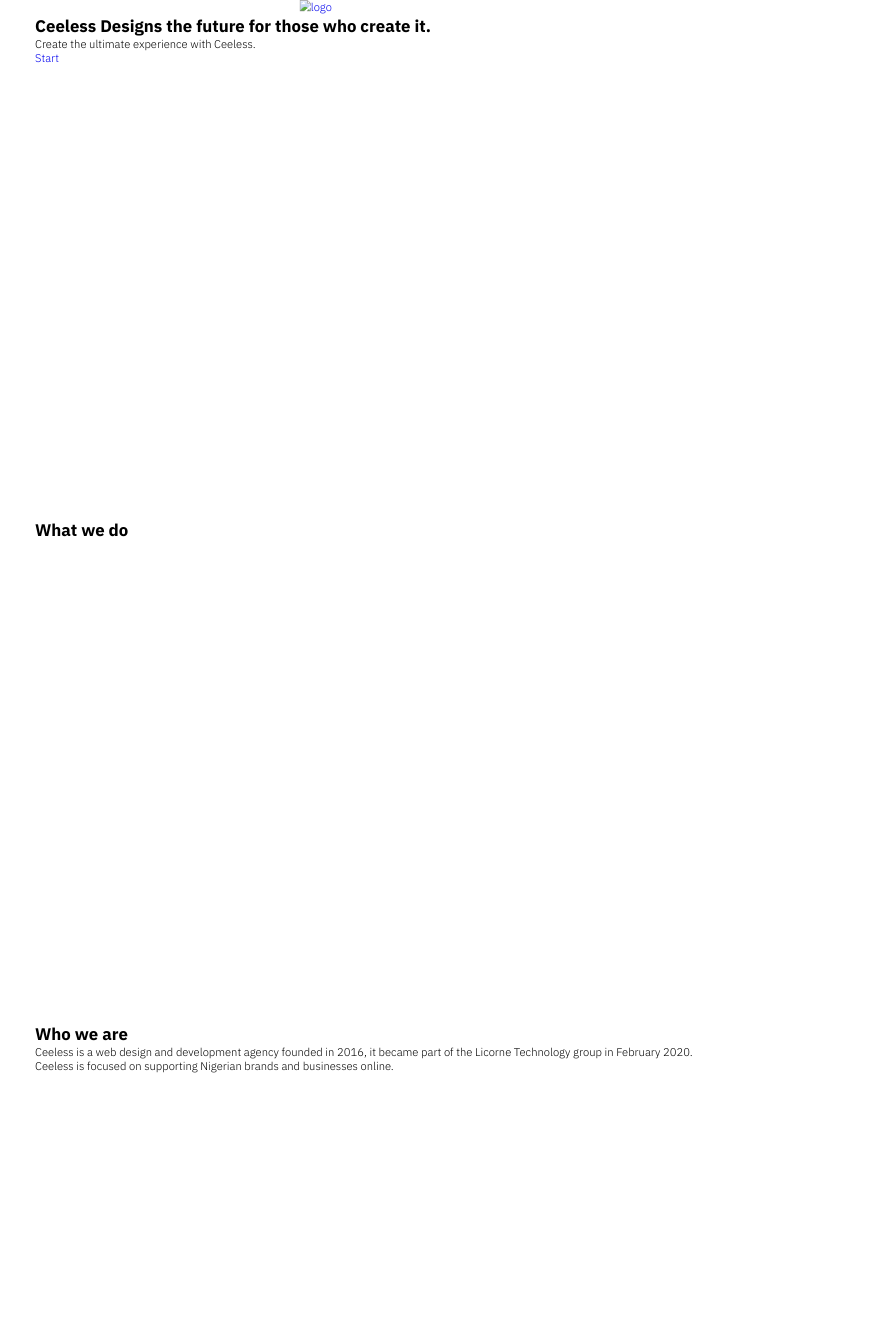
Repository: Licorne-Technologies/Ceeless-v2
Page: index.html
The author's editor kept a copy of each file at every save. The page is drawn from the files as they stood at one save, then again after the next save.
The browser window is 1280 px wide. The pictures show the part of the page from y = 0 to 1920 px (the page is 2927 px tall before and 2934 px after), at 70% of full size.
The style sheet was rebuilt from its Sass, Less or Tailwind sources for each picture, by a compiler version that may differ from the author's.

Above is the page before, as saved 2020-06-15 11:54:38.

After the next save:
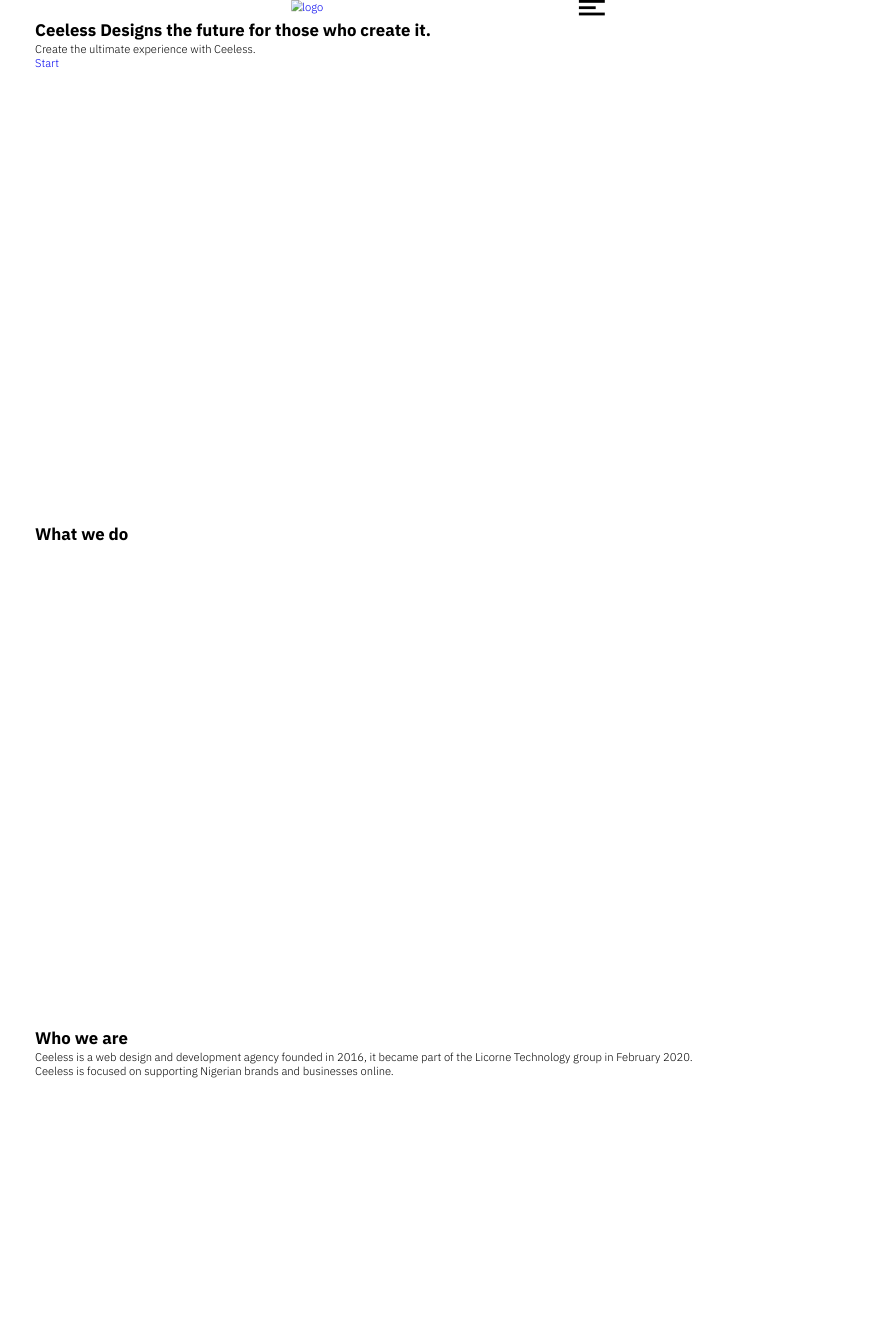
Saved 3 min 10 s later.
--- a/css/navbar.scss
+++ b/css/navbar.scss
@@ -8,24 +8,24 @@
 .menuIcon {
     display: flex;
     flex-direction: column;
-        .long-bar-one, .long-bar-three, .short-bar-two{
+        .long-bar,.short-bar{
             border: 2px solid $dark;
             margin-bottom: 5px;
         }
-        .long-bar-one, .long-bar-three{
+        .long-bar{
             width: 33px;
         }
-        .short-bar-two{
+        .short-bar{
             width: 20px;
         }
 
         &:hover{
-            .long-bar-one, .long-bar-three{
+            .long-bar{
                 width: 20px;
                 transition: width 300ms ease-in-out 0s;
 
             }
-            .short-bar-two{
+            .short-bar{
                 width: 33px;
 
             }
